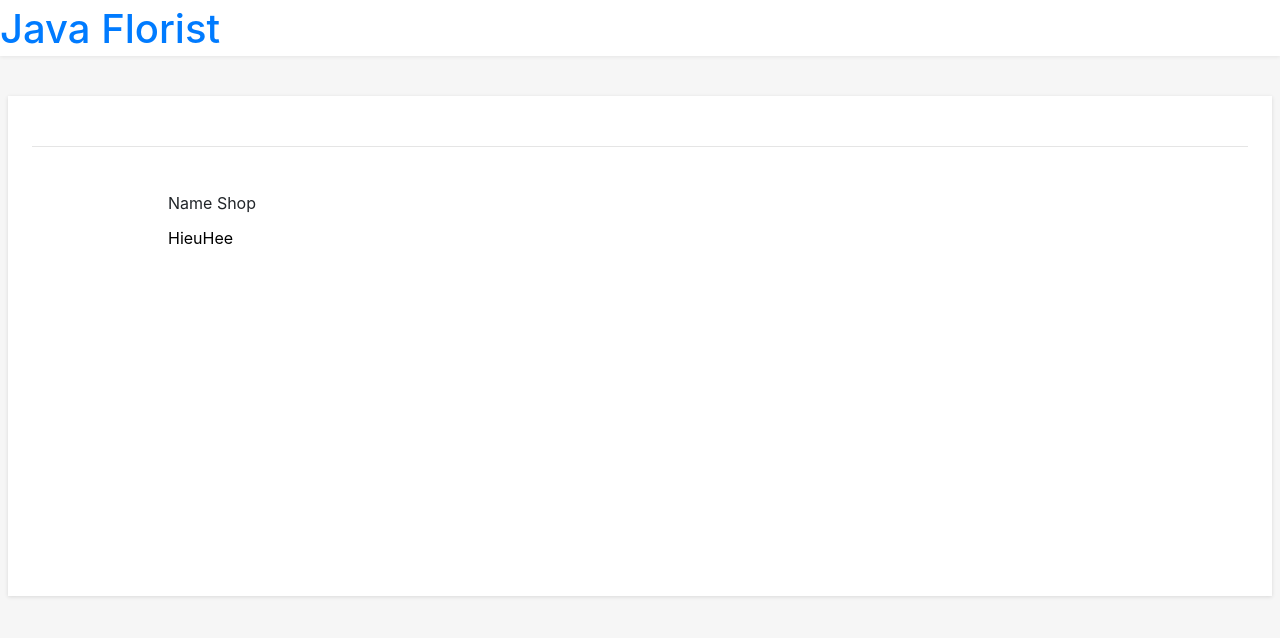
Repository: hienttm/flower-java-florist
Page: JavaFlorist/JavaFlorist/wwwroot/BecomePartner/index.html
These files come from the project's save history. The page is drawn as it stood at one moment and after the next save; the edit follows.
The browser window is 1280 px wide. The pictures show the whole page.
Some web libraries are served in a nearby version.

Above is the page before, as saved 2023-12-29 17:46:02.

After the next save:
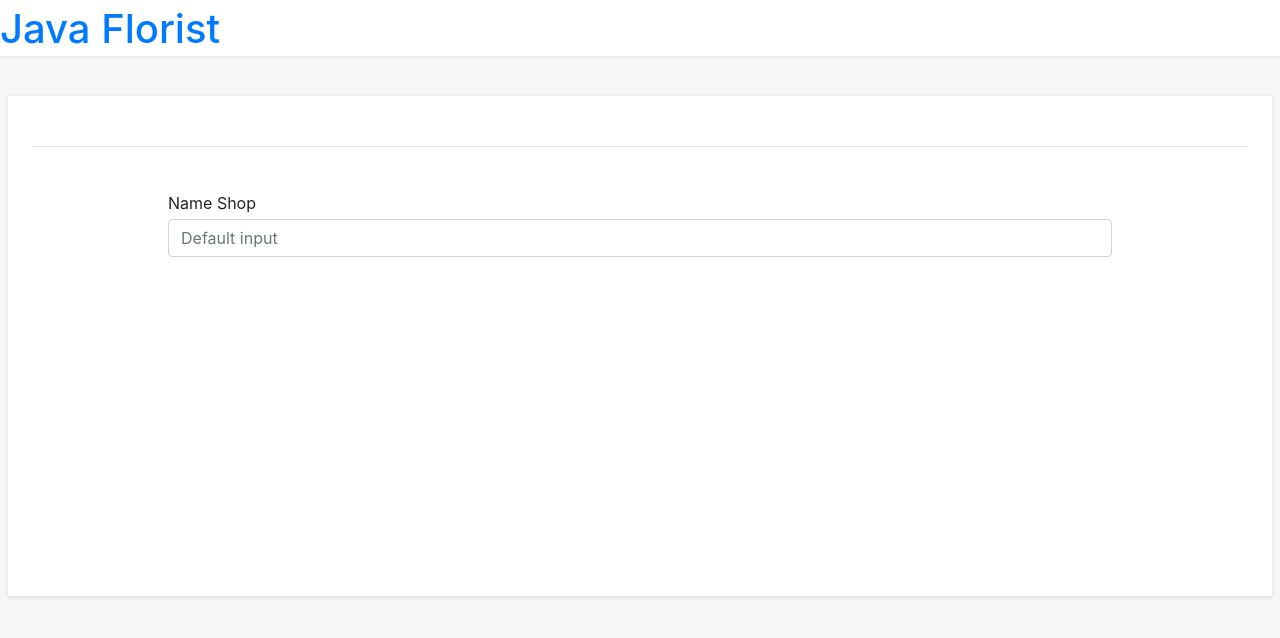
Saved 54 s later.
--- a/JavaFlorist/JavaFlorist/wwwroot/BecomePartner/index.html
+++ b/JavaFlorist/JavaFlorist/wwwroot/BecomePartner/index.html
@@ -32,7 +32,7 @@
                             <form action="">
                                 <div class="onboarding-form-item">
                                     <label for="">Name Shop</label>
-                                    <input type="text" readonly class="form-control-plaintext" id="staticEmail" value="HieuHee">
+                                    <input class="form-control" type="text" placeholder="Default input">
                                 </div>
                             </form>
                         </div>
